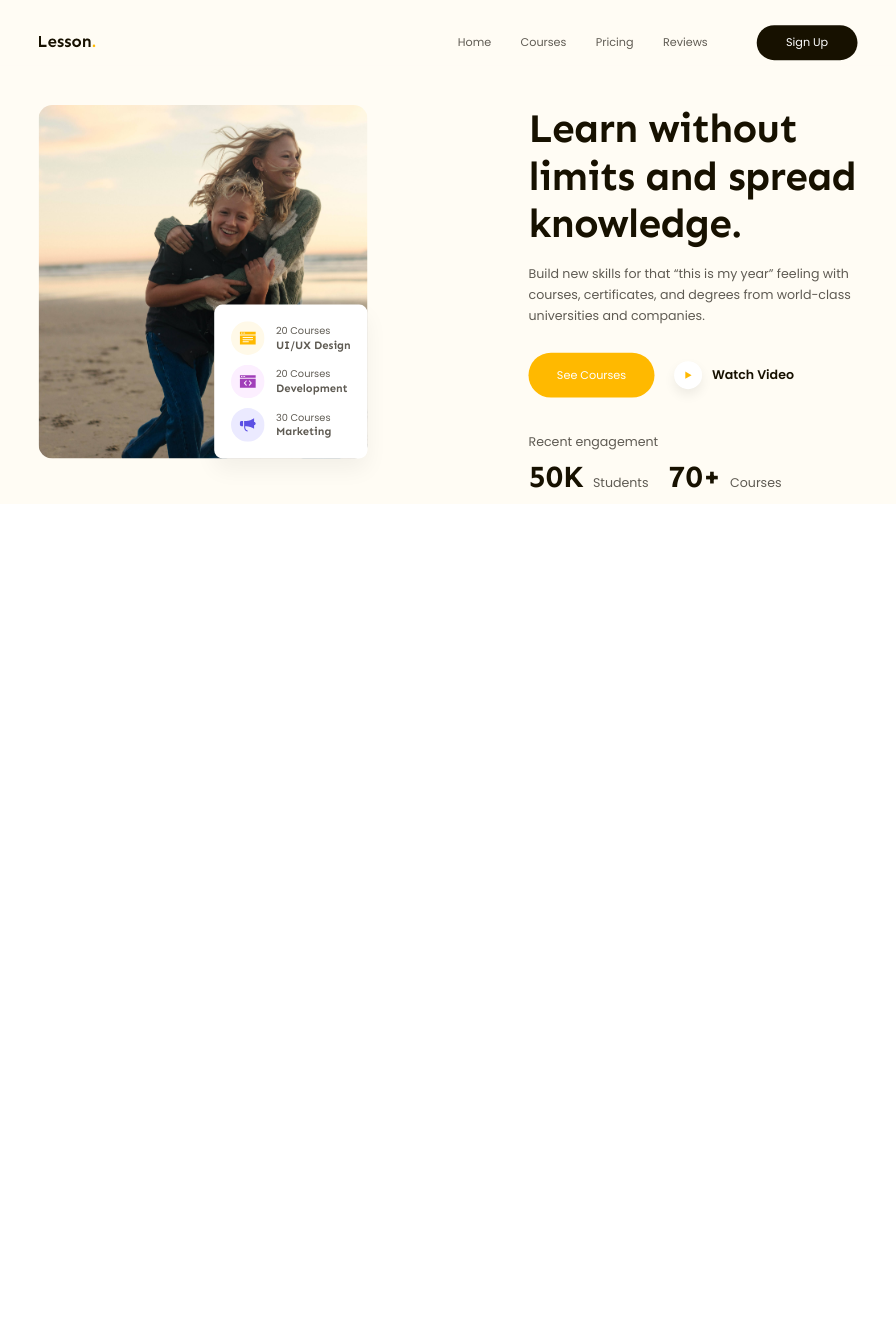
Repository: tinhtranjp/htmlcss-01
Page: index.html
An editor plug-in stored every save of this project. The page is shown before and after the next save, followed by the edit.
The browser window is 1280 px wide. The pictures show the part of the page from y = 0 to 1920 px (the page is 5000 px tall), at 70% of full size.

Above is the page before, as saved 2023-01-20 02:41:25.

After the next save:
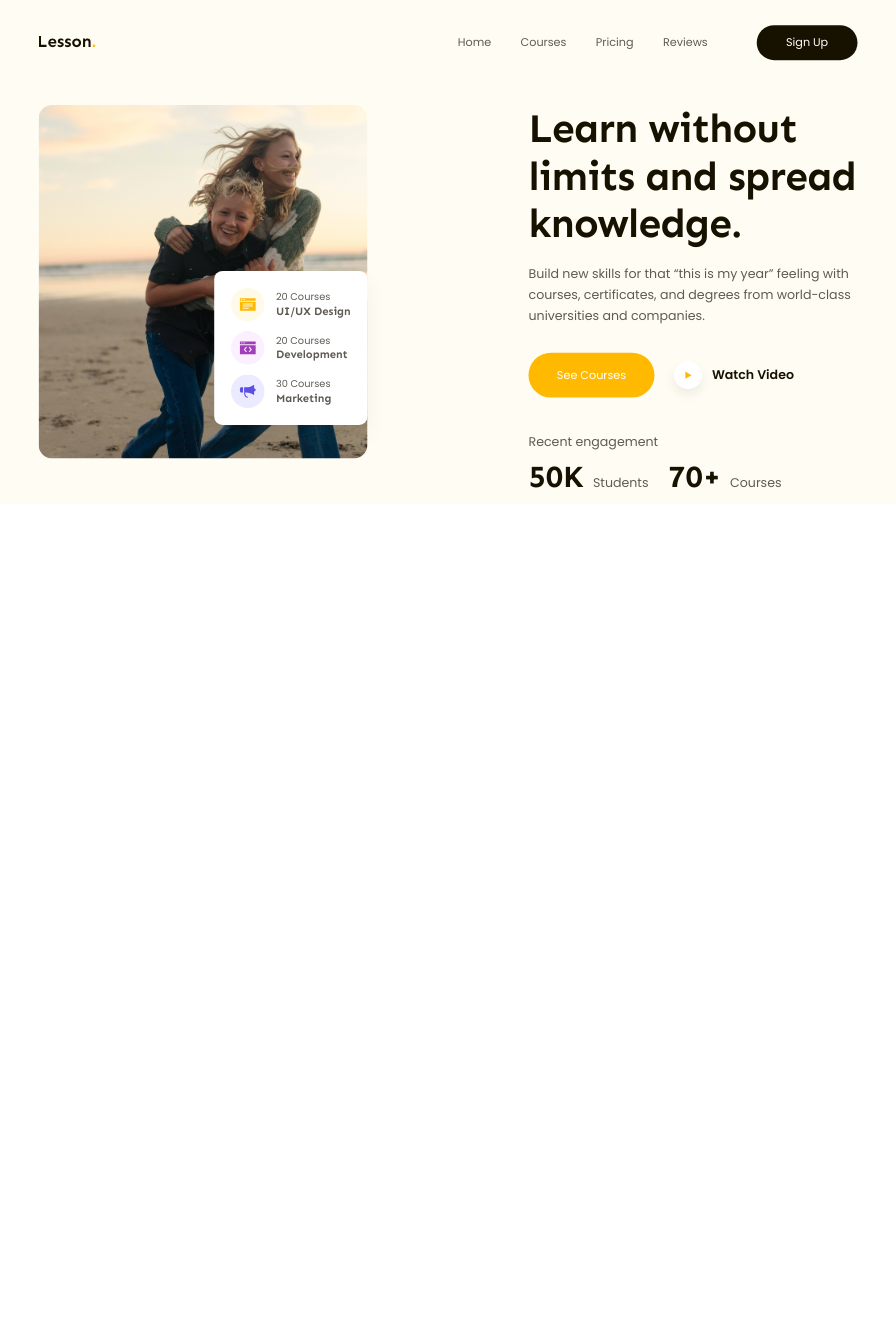
Saved 26 s later.
--- a/assets/css/styles.css
+++ b/assets/css/styles.css
@@ -99,7 +99,7 @@
   background: #fff;
   padding: 24px;
   border-radius: 12px;
-  bottom: 0;
+  bottom: 48px;
   right: 0;
   box-shadow: 0px 16px 32px rgba(0, 0, 0, 0.05);
 }
